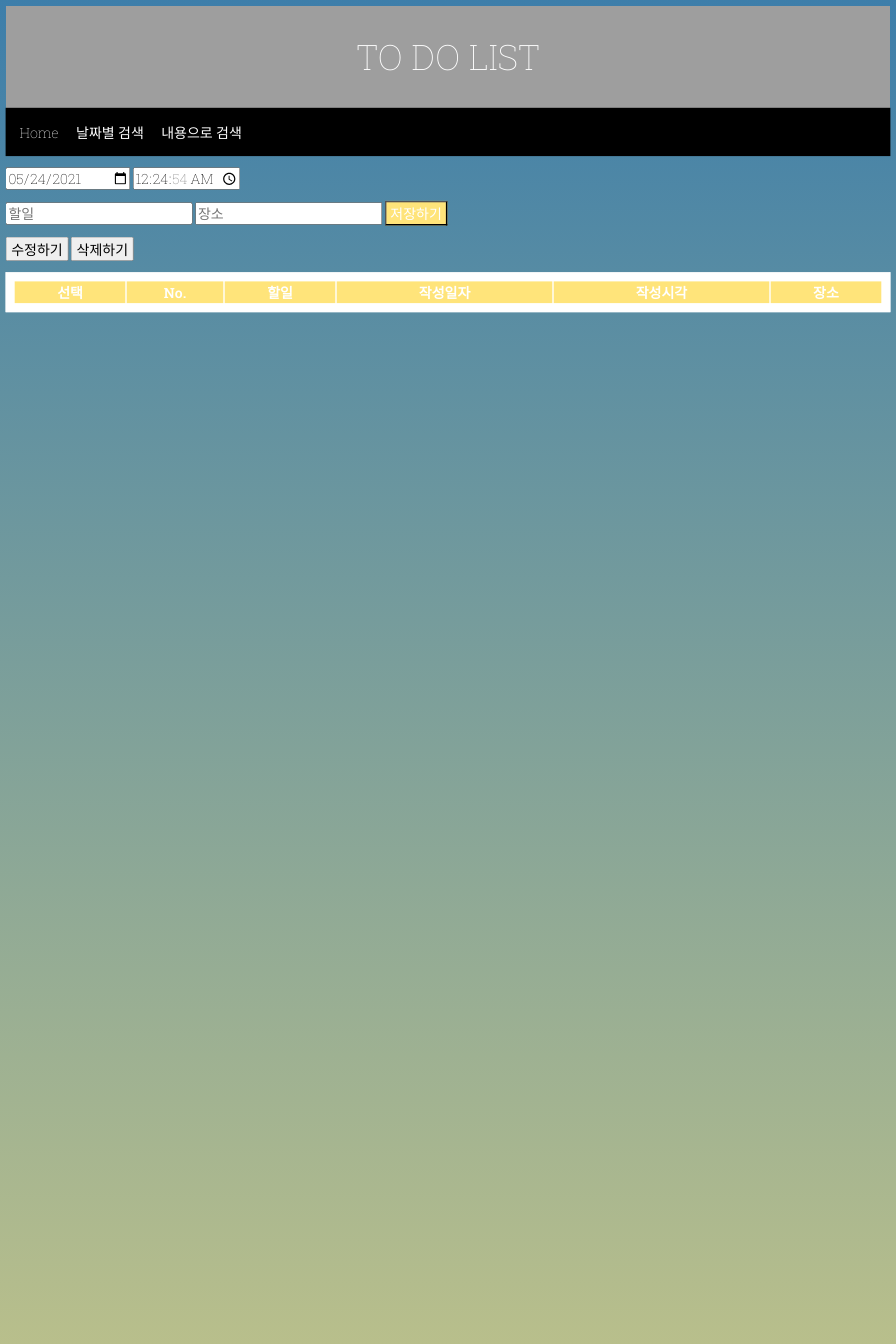
Repository: kimyoungjin98/Exam_Project
Page: http://localhost/Server_PR_TodoList/
These files come from the project's save history. The page is drawn as it stood at one moment and after the next save; the edit follows.
The browser window is 1280 px wide. The pictures show the part of the page from y = 0 to 1920 px (the page is 3017 px tall), at 70% of full size.
Pictures or frames that could not be fetched are drawn as grey boxes. Some web fonts or font styles are not loaded; a fallback is used. The page is served by Tomcat 9. Queries for data that is not in the repository find no rows.

Above is the page before, as saved 2021-05-25 04:26:36.

After the next save:
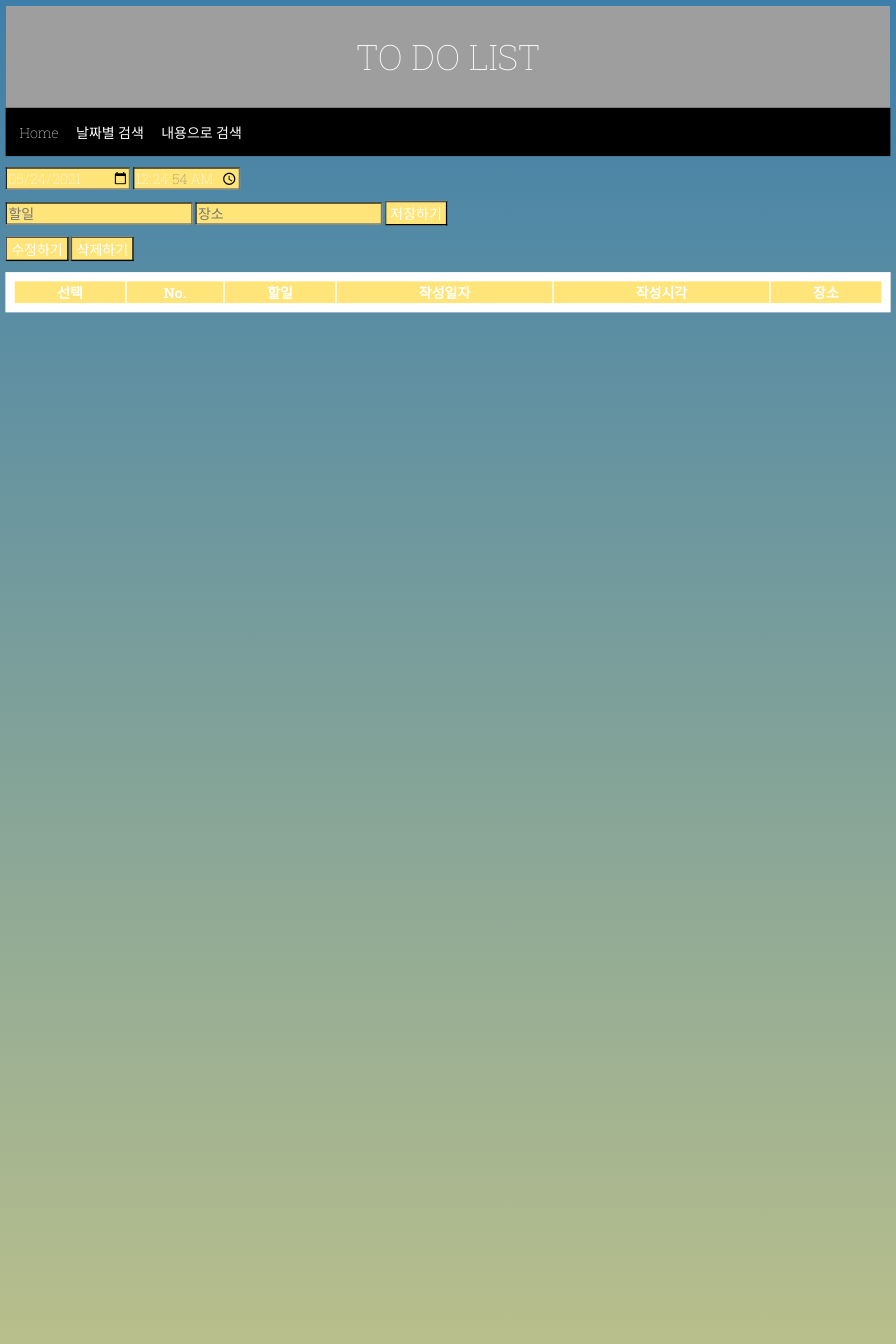
Saved 6 s later.
--- a/Server_PR_TodoList/src/main/webapp/WEB-INF/views/home.jsp
+++ b/Server_PR_TodoList/src/main/webapp/WEB-INF/views/home.jsp
@@ -96,6 +96,13 @@ table th{
 
 }
 
+input{
+		background-color: #ffe47a;
+		color:white;
+		font-size:20px;
+		cursor:pointer;
+}
+
 
 </style>
 <body>
